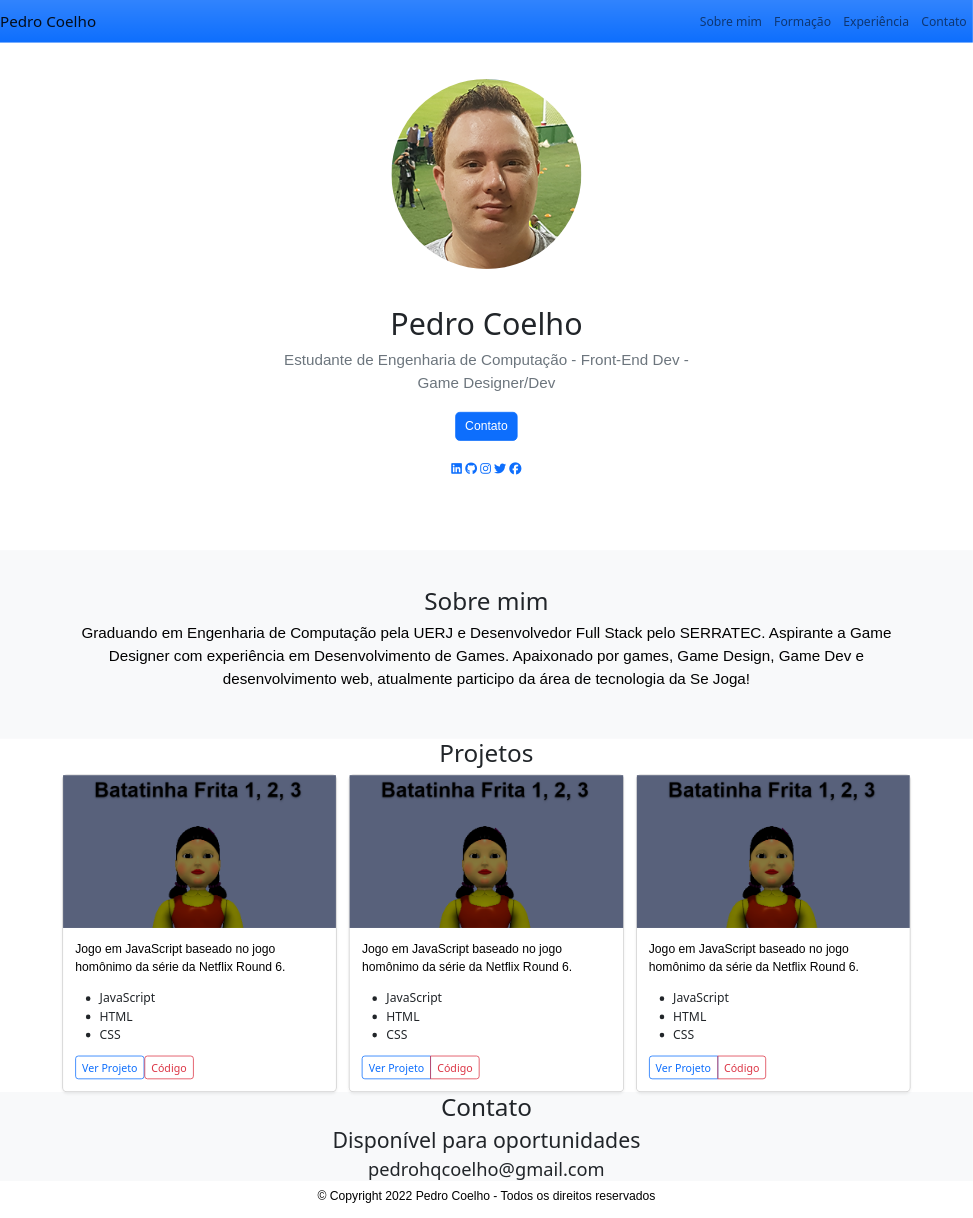
Repository: PedroHQCoelho/portfolio
Page: index.html
An editor plug-in stored every save of this project. The page is shown before and after the next save, followed by the edit.
The browser window is 1280 px wide. The pictures show the whole page, at 76% of full size.
Some web libraries are served in a nearby version.

Above is the page before, as saved 2022-05-26 19:10:08.

### index.html
<!DOCTYPE html>
<html lang="pt-BR">
<head>
    <meta charset="UTF-8">
    <meta http-equiv="X-UA-Compatible" content="IE=edge">
    <meta name="viewport" content="width=device-width, initial-scale=1.0">
    <title>Pedro Coelho - Portfólio</title>
    <link href="https://cdn.jsdelivr.net/npm/bootstrap@5.2.0-beta1/dist/css/bootstrap.min.css" rel="stylesheet" integrity="sha384-0evHe/X+R7YkIZDRvuzKMRqM+OrBnVFBL6DOitfPri4tjfHxaWutUpFmBp4vmVor" crossorigin="anonymous">
    <script src="https://cdn.jsdelivr.net/npm/bootstrap@5.2.0-beta1/dist/js/bootstrap.bundle.min.js" integrity="sha384-pprn3073KE6tl6bjs2QrFaJGz5/SUsLqktiwsUTF55Jfv3qYSDhgCecCxMW52nD2" crossorigin="anonymous"></script>
    <script src="https://cdn.jsdelivr.net/npm/@popperjs/core@2.11.5/dist/umd/popper.min.js" integrity="sha384-Xe+8cL9oJa6tN/veChSP7q+mnSPaj5Bcu9mPX5F5xIGE0DVittaqT5lorf0EI7Vk" crossorigin="anonymous"></script>
    <script src="https://cdn.jsdelivr.net/npm/bootstrap@5.2.0-beta1/dist/js/bootstrap.min.js" integrity="sha384-kjU+l4N0Yf4ZOJErLsIcvOU2qSb74wXpOhqTvwVx3OElZRweTnQ6d31fXEoRD1Jy" crossorigin="anonymous"></script>
    <script src="https://kit.fontawesome.com/65e0a77774.js" crossorigin="anonymous"></script>
    <link rel="stylesheet" href="style.css">
</head>
<body>
    <nav class="navbar navbar-expand-lg navbar-light bg-primary bg-gradient text-white">
        <a class="navbar-brand" href="#">Pedro Coelho</a>
        <button class="navbar-toggler" type="button" data-toggle="collapse" data-target="#navbarSupportedContent" aria-controls="navbarSupportedContent" aria-expanded="false" aria-label="Toggle navigation">
          <span class="navbar-toggler-icon"></span>
        </button>

        <div class="collapse navbar-collapse" id="navbarSupportedContent">
          <ul class="navbar-nav me-auto">

          </ul>
          <ul class="navbar-nav">
            <li class="nav-item">
                <a class="nav-link" href="#">Sobre mim</a>
            </li>
            <li class="nav-item">
                <a class="nav-link" href="#">Formação</a>
            </li>
            <li class="nav-item">
                <a class="nav-link" href="#">Experiência</a>
            </li>
            <li class="nav-item">
                <a class="nav-link" href="#">Contato</a>
            </li>
          </ul>
        </div>
    </nav>

    <section class="py-5 text-center container">
        <img class="foto-perfil" src="img/foto-rosto.png" alt="foto perfil">
        <div class="row py-lg-5">
            <div class="col-lg-6 col-md-8 mx-auto">
            <h1 class="fw-light">Pedro Coelho</h1>
            <p class="lead text-muted">Estudante de Engenharia de Computação - Front-End Dev - Game Designer/Dev</p>
            <p>
              <a href="#" class="btn btn-primary my-2">Contato</a>
            </p>
            <a href="https://www.linkedin.com/in/pedrohqcoelho/" target="_blank" title="Linkedin - Pedro Coelho"><i class="fab fa-linkedin"></i></a>
            <a href="https://github.com/PedroHQCoelho" target="_blank" title="Github - PedroHQCoelho"><i class="fab fa-github"></i></a>
            <a href="https://www.instagram.com/pedro.hq.coelho/" target="_blank" title="Instagram - @pedro.hq.coelho"><i class="fab fa-instagram"></i></a>
            <a href="https://twitter.com/pedrohqcoelho" target="_blank" title="Twitter - @pedrohqcoelho"><i class="fab fa-twitter"></i></a>
            <a href="https://www.facebook.com/pedrohqcoelho" target="_blank" title="Facebook - Pedro Coelho"><i class="fab fa-facebook"></i></a>
          </div>
        </div>
    </section>

    <div class="album py-5 bg-light">

        <!--Sobre mim-->

        <section class="jumbotron text-center">
          <div class="container">
            <h2 class="jumbotron-heading">Sobre mim</h2>
            <p class="lead">
              Graduando em Engenharia de Computação pela UERJ e Desenvolvedor Full Stack pelo SERRATEC.
              Aspirante a Game Designer com experiência em Desenvolvimento de Games.
              Apaixonado por games, Game Design, Game Dev e desenvolvimento web, atualmente participo da área de tecnologia da Se Joga!
            </p>
          </div>
        </section>
      </div>

        <!--Projetos-->

        <div class="container">
          <h2 class="jumbotron-heading text-center">Projetos</h2>
          <div class="row row-cols-1 row-cols-sm-2 row-cols-md-3 g-3">
            <div class="col">
              <div class="card shadow-sm">
                <img src="img/batatinhafrita123.png" alt="">
                <div class="card-body">
                  <p class="card-text">Jogo em JavaScript baseado no jogo homônimo da série da Netflix Round 6.</p>
                  <ul>
                    <li>JavaScript</li>
                    <li>HTML</li>
                    <li>CSS</li>
                  </ul>
                  <div class="d-flex justify-content-between align-items-center">
                    <div class="btn-group">
                      <a href="https://batatinha-frita-1-2-3.netlify.app/" target="_blank" rel="noopener noreferrer">
                        <button type="button" class="btn btn-sm btn-outline-primary">Ver Projeto</button>
                      </a>
                      <a href="https://github.com/PedroHQCoelho/batatinha-frita-1-2-3" target="_blank" rel="noopener noreferrer">
                        <button type="button" class="btn btn-sm btn-outline-danger">Código</button>
                      </a>
                    </div>
                  </div>
                </div>
              </div>
            </div>
            <div class="col">
              <div class="card shadow-sm">
                <img src="img/batatinhafrita123.png" alt="">
                <div class="card-body">
                  <p class="card-text">Jogo em JavaScript baseado no jogo homônimo da série da Netflix Round 6.</p>
                  <ul>
                    <li>JavaScript</li>
                    <li>HTML</li>
                    <li>CSS</li>
                  </ul>
                  <div class="d-flex justify-content-between align-items-center">
                    <div class="btn-group">
                      <button type="button" class="btn btn-sm btn-outline-primary">Ver Projeto</button>
                      <button type="button" class="btn btn-sm btn-outline-danger">Código</button>
                    </div>
                  </div>
                </div>
              </div>
            </div>
            <div class="col">
              <div class="card shadow-sm">
                <img src="img/batatinhafrita123.png" alt="">
                <div class="card-body">
                  <p class="card-text">Jogo em JavaScript baseado no jogo homônimo da série da Netflix Round 6.</p>
                  <ul>
                    <li>JavaScript</li>
                    <li>HTML</li>
                    <li>CSS</li>
                  </ul>
                  <div class="d-flex justify-content-between align-items-center">
                    <div class="btn-group">
                      <button type="button" class="btn btn-sm btn-outline-primary">Ver Projeto</button>
                      <button type="button" class="btn btn-sm btn-outline-danger">Código</button>
                    </div>
                  </div>
                </div>
              </div>
            </div>

          </div>
        </div>

        <!--Contato-->
        <section>
          <div class="container-fluid bg-light">
            <h2 class="jumbotron-heading text-center">Contato</h2>
            <h3 class="text-center">Disponível para oportunidades</h3>
            <h4 class="text-center">pedrohqcoelho@gmail.com</h4>
          </div>
        </section>

        <!--Footer-->
        <footer class="text-center">
          <p>© Copyright 2022 Pedro Coelho - Todos os direitos reservados</p>
        </footer>
</body>
</html>

### style.css
.foto-perfil {
    height: 100%;
    width: auto;
    max-width: 100%;
    border-radius: 50%;
}

p {
    font-family:Arial, Helvetica, sans-serif;
    color: black !important;
}

.icones {
    padding-left: 5px;
}

.titulosBrancos {
    text-decoration: underline;
    text-underline-position: below;
    padding-bottom: 20px;
    text-transform: uppercase;
    font-weight: 700;
    color: white;
}

.titulosAzuis {
    text-decoration: underline;
    text-underline-position: below;
    padding-bottom: 20px;
    text-transform: uppercase;
    font-weight: 700;
    color: blue;
}

After the next save:
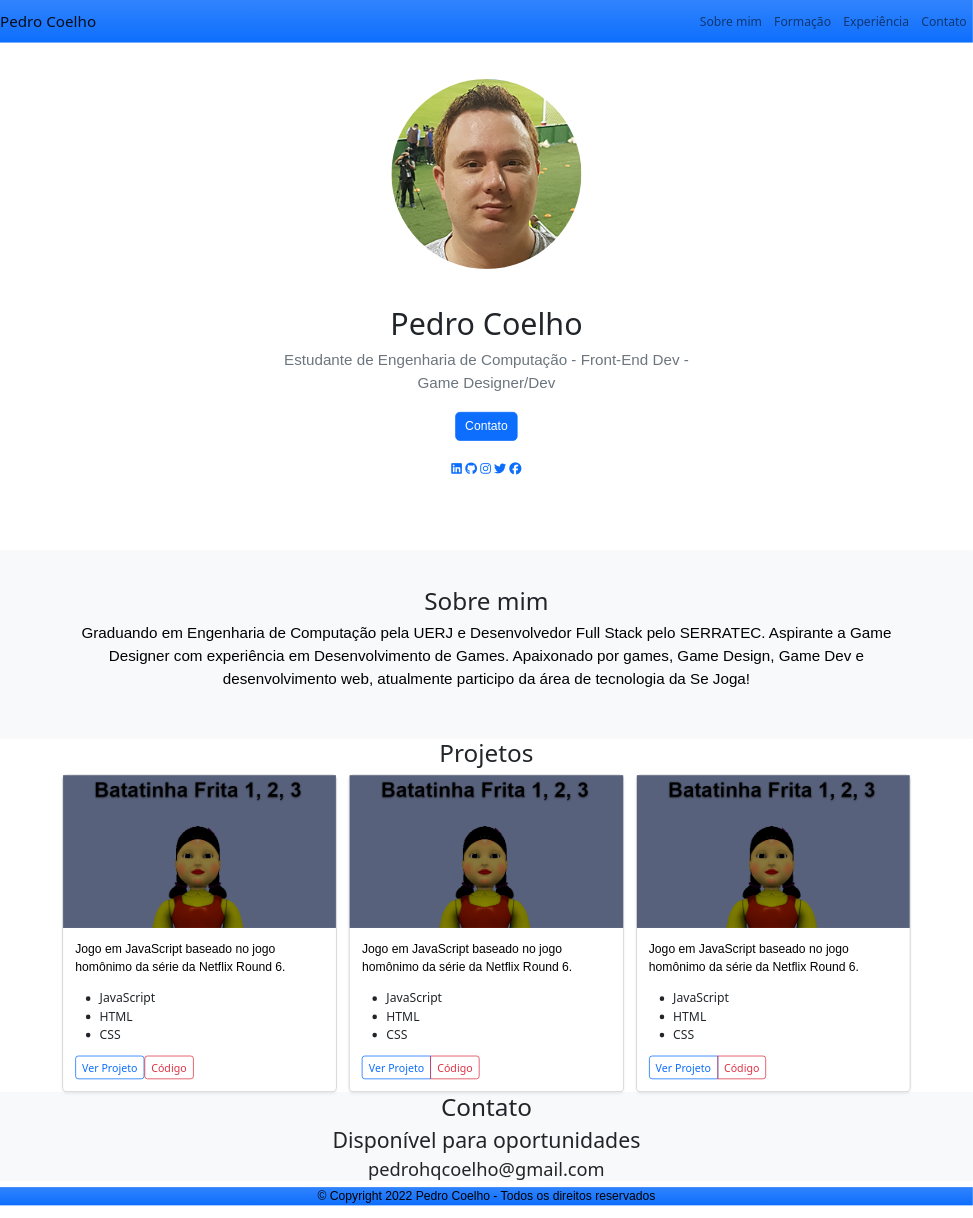
Saved 20 s later.
--- a/index.html
+++ b/index.html
@@ -154,7 +154,7 @@
         </section>
 
         <!--Footer-->
-        <footer class="text-center">
+        <footer class="text-center bg-primary bg-gradient">
           <p>© Copyright 2022 Pedro Coelho - Todos os direitos reservados</p>
         </footer>
 </body>
